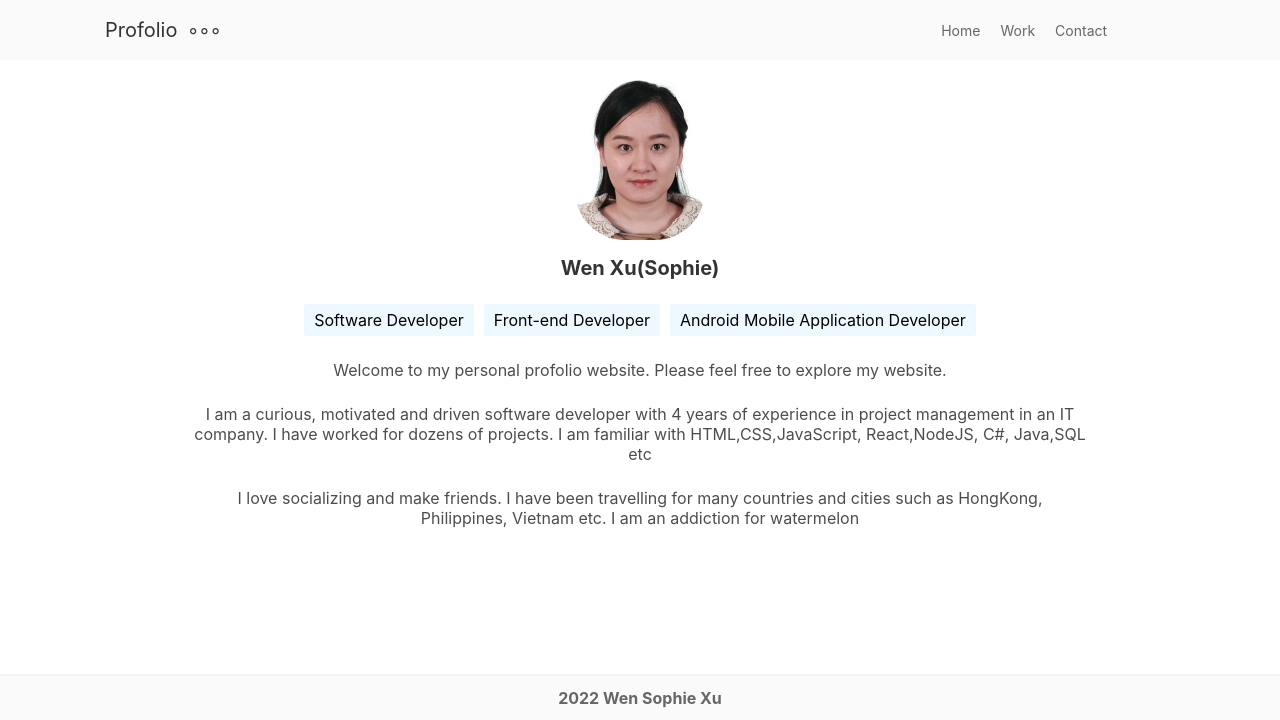
Repository: wenxi0504/myResume_app
Page: /
These files come from the project's save history. The page is drawn as it stood at one moment and after a run of saves; the edit follows.
The browser window is 1280 px wide. The pictures show the whole page.
The project was rebuilt for these pictures with package versions that can differ from the ones it lists, and the page was loaded fresh each time. Also part of the build but not shown: src/pages/WorkPage/index.js, src/pages/WorkPageDetail/index.js, src/pages/Contact/index.js.

Above is the page before, as saved 2022-01-03 16:26:38.

### src/index.js
import React from 'react';
import ReactDOM from 'react-dom';
import './index.css';
import App from './pages/App';
import reportWebVitals from './reportWebVitals';
import { BrowserRouter as Router} from 'react-router-dom'



ReactDOM.render(
  <Router>
    <App />
  </Router>,
  document.getElementById('root')
);

// If you want to start measuring performance in your app, pass a function
// to log results (for example: reportWebVitals(console.log))
// or send to an analytics endpoint. Learn more: https://bit.ly/CRA-vitals
reportWebVitals();

### src/index.css
body {
  margin: 0;
  padding: 0;
  font-family: -apple-system, BlinkMacSystemFont, "Segoe UI", "Roboto", "Oxygen",
    "Ubuntu", "Cantarell", "Fira Sans", "Droid Sans", "Helvetica Neue",
    sans-serif;
  -webkit-font-smoothing: antialiased;
  -moz-osx-font-smoothing: grayscale;
}

code {
  font-family: source-code-pro, Menlo, Monaco, Consolas, "Courier New",
    monospace;
}


body, h1, h2, h3, h4, h5, h6, hr, p, blockquote, dl, dt, dd, ul, ol, li, pre, form, fieldset, legend, button, input, textarea, th, td {
  margin:0; padding:0;
}
body, button, input, select, textarea {
  font:12px/1.5tahoma, arial, \5b8b\4f53;
}
h1, h2, h3, h4, h5, h6{
  font-size:100%;
  color:rgb(51, 51, 51);
}
address, cite, dfn, em, var {
  font-style:normal;
}
code, kbd, pre, samp {
  font-family:couriernew, courier, monospace;
}
small{
  font-size:12px;
}
ul, ol {
  list-style:none;

}

a {
  text-decoration:none;
}

sup {
  vertical-align:text-top;
}
sub{
  vertical-align:text-bottom;
}
legend {
  color:#000;
}
fieldset, img {
  border:0;
}
button, input, select, textarea {
  font-size:100%;
}
table {
  border-collapse:collapse; border-spacing:0;
}


html,body,#root{
   width: 100%;
   height: 100%;
}

code {
  font-family: source-code-pro, Menlo, Monaco, Consolas, "Courier New",
    monospace;
}

### src/pages/App.js
import logo from './logo.svg';
import styles from './App.module.scss';
import{Link,Routes,Route} from 'react-router-dom'
import HomePage from './HomePage'
import WorkPage from './WorkPage'
import WorkPageDetail from './WorkPageDetail'
import Contact from './Contact'
function App() {
  //get value of location

  return (

    <div className={styles.App}>
     <header className={styles.header} >
     <div className={styles.box}>
               <Link to="/">
                 <div className={styles.boxleft}>Profolio</div>
                 </Link>
               <div className={styles.boxright}>
                  <Link to="/"><p >Home</p></Link>
                  <Link to="/works"><p >Work</p></Link>
                  <Link to="/contact"><p >Contact</p></Link>
               </div>
            </div>
     </header>

       <section className={styles.content}>
         <div>
         < Routes>
         <Route path="/" exact element={ <HomePage/> }/>
           <Route path="/works" exact element={ <WorkPage/>} />
           <Route path="/works/:id" exact element={ <WorkPageDetail/> } />
           <Route path="/contact" exact element={ <Contact/> } />
         </Routes>
         </div>





     </section>



      <footer className={styles.footer} >
     <p><b>2022 Wen Sophie Xu</b></p>

     </footer>



    </div>
  );
}

export default App;

### src/pages/App.module.scss

.App {
  display: flex;
  min-height: 100vh;
  flex-direction: column;
  .content{
     flex: 1;
     text-align: center;
  }
  .header{
    background-color: rgb(250, 250, 250);
    height: 60px;
    .selected{
      color: #333!important;
      padding-bottom: 5px;
      border-bottom: 1.5px solid #333;
    }
    .box{
      width: 70%;
      height: 100%;


      display: flex;
      align-items: center;
      justify-content: space-between;
      a:hover {
        text-decoration:none;
      }
      .boxleft{
        font-size: 20px;
        color: rgb(51, 51, 51);
        padding: 0px 5px 0px 100px;
        margin: 0px 5px ;
      }
      .boxleft::after {
        content: "◦◦◦";
        margin-left: 0.5em;
      }

      .boxright{
        display: inline-flex;
        justify-content: flex-start;
        padding: 0px 5px 0px 100px;
        margin: 0px 5px 0px 600px;
        p{
          margin: 0px 10px;
          font-size: 14px;
          color: rgb(102, 102, 102);

        }
      }
      div{
        cursor: pointer;
      }
    }
  }
  .footer{
    text-align: center;
    padding: 10px 0px;
    color: rgb(102, 102, 102);
    background: #fafafa;
    border-top: 2px solid #f2f2f2;
    p{
      padding: 2px 0px;
    }
  }
}

### src/pages/HomePage/index.js
// eslint-disable-next-line no-unused-vars
import React, { Component } from 'react';
import styles from'./home.module.scss'

// eslint-disable-next-line import/no-anonymous-default-export
export default () => {
    return <div className={styles.wrap}>
        {/* Personal Info*/}
       <section className={styles.brief}>
       <img src={require("../../assets/images/wenxuReact2.jpg") }/>
       <h2>Wen Xu(Sophie)</h2>
       <ul>
          <li>Software Developer</li>
          <li>Front-end Developer</li>
          <li>Android Mobile Application Developer</li>
       </ul>
       <p>Welcome to my personal profolio website. Please feel free to explore my website.</p>
       <p>I am a curious, motivated and driven software developer with 4 years of experience in project management in an IT company. I have worked for dozens of projects. I am familiar with HTML,CSS,JavaScript, React,NodeJS, C#, Java,SQL etc </p>
       <p>I love socializing and make friends. I have been travelling for many countries and cities such as HongKong, Philippines, Vietnam etc. I am an addiction for watermelon </p>
       </section>





        </div>
}

### src/pages/HomePage/home.module.scss

    .wrap{
        flex: 1;
        width: 70%;
        margin: 0px auto;
        .brief{
           text-align: center;
           h2{
             padding: 12px 0px;
             font-size: 20px;
           }
           img{
              width: 130px;
              height: 160px;
              border-radius: 50px;
              margin-top: 20px;
              box-shadow:0px 0px 2px 0px rgb(253, 251, 251)
           }
           img:hover{
               box-shadow: 0px 0px 15px 3px rgba(184, 250, 3, 0.8)
           }
           ul{
            display: flex;
            justify-content: center;
             li{
                padding: 6px 10px;
                background: rgba(87, 199, 255, 0.1);
                margin: 12px 5px;
                border-radius: 3px;
             }
           }

           p{
            padding: 12px 0px;
            color: rgba(0, 0, 0, 0.7);
          }
        }

    }

Loaded but not shown: public/index.html (common file); src/reportWebVitals.js (common file)

After the next 2 saves:
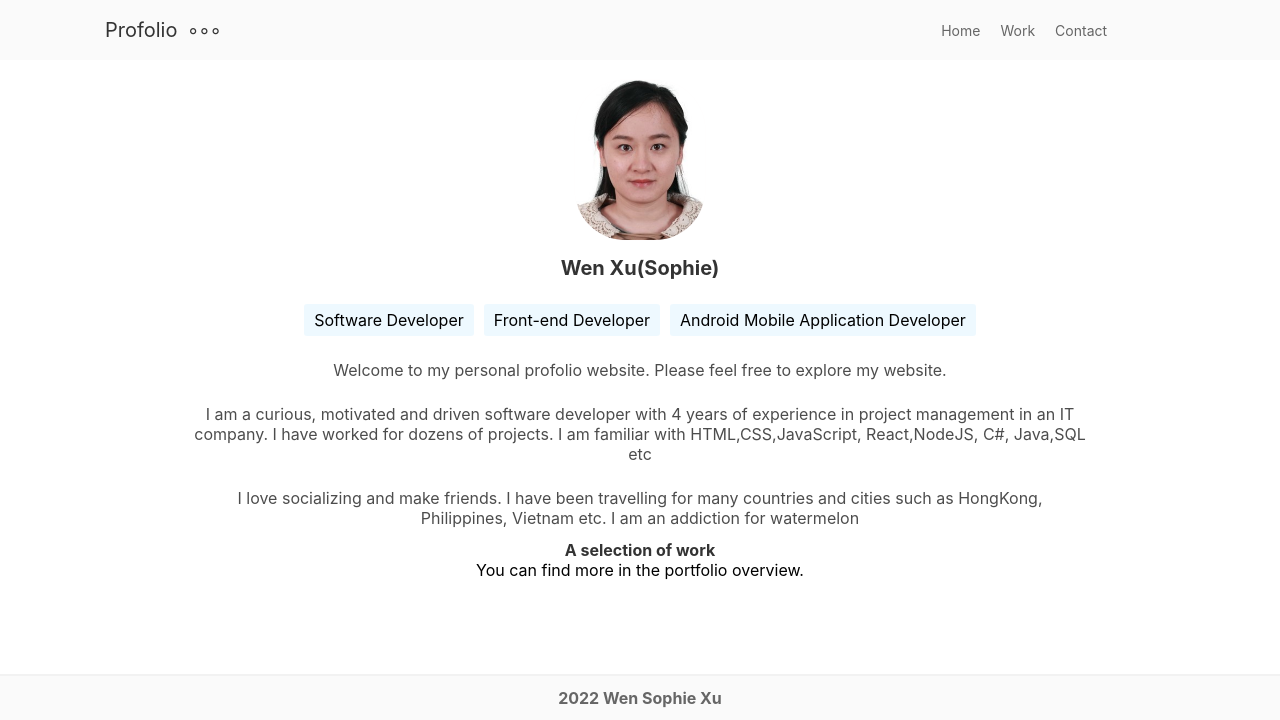
The 2 saves are shown as one change because 1 did not build or start.
The last was saved 4 min 52 s later.
--- a/src/pages/HomePage/index.js
+++ b/src/pages/HomePage/index.js
@@ -19,7 +19,14 @@ export default () => {
        <p>I love socializing and make friends. I have been travelling for many countries and cities such as HongKong, Philippines, Vietnam etc. I am an addiction for watermelon </p>
        </section>
 
+         {/* work profolio */}
+         <section className={ styles.work }>
+            <div className={ styles.title }>
+                <h3>A selection of work</h3>
+                <p>You can find more in the portfolio overview.</p>
+            </div>
 
+        </section>
 
 
 
